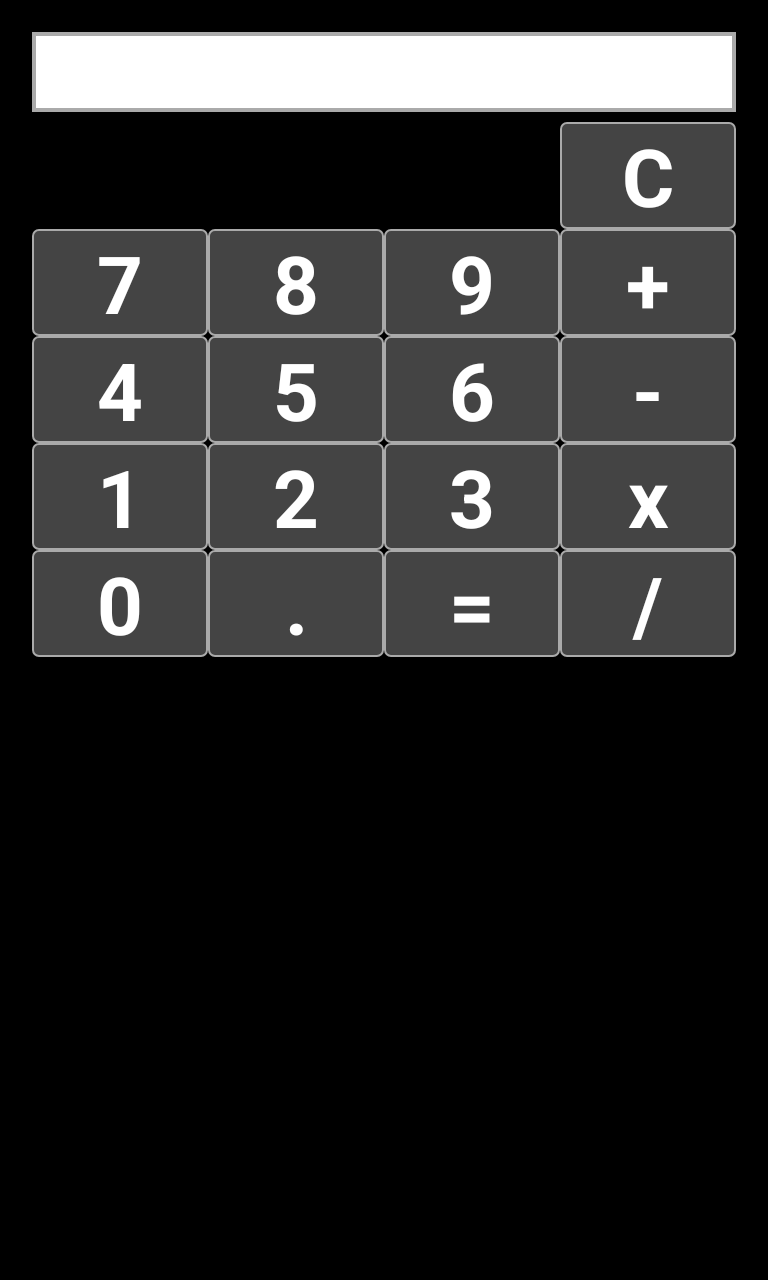
Repository: G3rcar/Android-I
Layout: SimpleCalculator/res/layout/activity_main.xml
An editor plug-in stored every save of this project. The layout is shown before and after the next save, followed by the edit.
It is drawn on a 768 x 1280 px phone screen (xhdpi) without system bars, with theme AppTheme; the app's code is not run.

Above is the layout before, as saved 2013-11-09 18:14:32.

### SimpleCalculator/res/layout/activity_main.xml
<ScrollView xmlns:android="http://schemas.android.com/apk/res/android"
    xmlns:tools="http://schemas.android.com/tools"
    android:id="@+id/ScrollView1"
    android:layout_width="match_parent"
    android:layout_height="match_parent"
    android:background="#000000"
    android:paddingBottom="@dimen/activity_vertical_margin"
    android:paddingLeft="@dimen/activity_horizontal_margin"
    android:paddingRight="@dimen/activity_horizontal_margin"
    android:paddingTop="@dimen/activity_vertical_margin" >

    <LinearLayout
        android:layout_width="match_parent"
        android:layout_height="wrap_content"
        android:orientation="vertical" >

        <TextView
            android:id="@+id/txvOperaciones"
            style="@style/operacionesTexto"
            android:layout_width="match_parent"
            android:layout_height="40dp" />

        <LinearLayout
            android:layout_width="match_parent"
            android:layout_height="wrap_content"
            android:paddingTop="5dp" >

            <TextView
                android:id="@+id/txvResultado"
                style="@style/resultadoNumero"
                android:layout_width="0dp"
                android:layout_weight="3"
                android:layout_height="match_parent" />

            <Button
                android:id="@+id/btnLimpiar"
                style="@style/botonNumero"
                android:layout_width="0dp"
                android:layout_height="wrap_content"
                android:layout_weight="1"
                android:text="@string/lblClear" />
        </LinearLayout>

        <LinearLayout
            android:layout_width="match_parent"
            android:layout_height="match_parent" >

            <Button
                android:id="@+id/btnSiete"
                style="@style/botonNumero"
                android:layout_width="0dp"
                android:layout_height="wrap_content"
                android:layout_weight="1"
                android:text="@string/lblNumSiete" />

            <Button
                android:id="@+id/btnOcho"
                style="@style/botonNumero"
                android:layout_width="0dp"
                android:layout_height="wrap_content"
                android:layout_weight="1"
                android:text="@string/lblNumOcho" />

            <Button
                android:id="@+id/btnNueve"
                style="@style/botonNumero"
                android:layout_width="0dp"
                android:layout_height="wrap_content"
                android:layout_weight="1"
                android:text="@string/lblNumNueve" />

            <Button
                android:id="@+id/btnMas"
                style="@style/botonNumero"
                android:layout_width="0dp"
                android:layout_height="wrap_content"
                android:layout_weight="1"
                android:text="@string/lblMas" />
        </LinearLayout>

        <LinearLayout
            android:layout_width="match_parent"
            android:layout_height="match_parent" >

            <Button
                android:id="@+id/btnCuatro"
                style="@style/botonNumero"
                android:layout_width="0dp"
                android:layout_height="wrap_content"
                android:layout_weight="1"
                android:text="@string/lblNumCuatro" />

            <Button
                android:id="@+id/btnCinco"
                style="@style/botonNumero"
                android:layout_width="0dp"
                android:layout_height="wrap_content"
                android:layout_weight="1"
                android:text="@string/lblNumCinco" />

            <Button
                android:id="@+id/btnSeis"
                style="@style/botonNumero"
                android:layout_width="0dp"
                android:layout_height="wrap_content"
                android:layout_weight="1"
                android:text="@string/lblNumSeis" />

            <Button
                android:id="@+id/btnMenos"
                style="@style/botonNumero"
                android:layout_width="0dp"
                android:layout_height="wrap_content"
                android:layout_weight="1"
                android:text="@string/lblMenos" />
        </LinearLayout>

        <LinearLayout
            android:layout_width="match_parent"
            android:layout_height="match_parent" >

            <Button
                android:id="@+id/btnUno"
                style="@style/botonNumero"
                android:layout_width="0dp"
                android:layout_height="wrap_content"
                android:layout_weight="1"
                android:text="@string/lblNumUno" />

            <Button
                android:id="@+id/btnDos"
                style="@style/botonNumero"
                android:layout_width="0dp"
                android:layout_height="wrap_content"
                android:layout_weight="1"
                android:text="@string/lblNumDos" />

            <Button
                android:id="@+id/btnTres"
                style="@style/botonNumero"
                android:layout_width="0dp"
                android:layout_height="wrap_content"
                android:layout_weight="1"
                android:text="@string/lblNumTres" />

            <Button
                android:id="@+id/btnMultiplicacion"
                style="@style/botonNumero"
                android:layout_width="0dp"
                android:layout_height="wrap_content"
                android:layout_weight="1"
                android:text="@string/lblMultiplicacion" />
        </LinearLayout>

        <LinearLayout
            android:layout_width="match_parent"
            android:layout_height="match_parent" >

            <Button
                android:id="@+id/btnCero"
                style="@style/botonNumero"
                android:layout_width="0dp"
                android:layout_height="wrap_content"
                android:layout_weight="1"
                android:text="@string/lblNumCero" />

            <Button
                android:id="@+id/btnPunto"
                style="@style/botonNumero"
                android:layout_width="0dp"
                android:layout_height="wrap_content"
                android:layout_weight="1"
                android:text="@string/lblPunto" />

            <Button
                android:id="@+id/btnIgual"
                style="@style/botonNumero"
                android:layout_width="0dp"
                android:layout_height="wrap_content"
                android:layout_weight="1"
                android:text="@string/lblIgual" />

            <Button
                android:id="@+id/btnDivision"
                style="@style/botonNumero"
                android:layout_width="0dp"
                android:layout_height="wrap_content"
                android:layout_weight="1"
                android:text="@string/lblDivision" />
        </LinearLayout>
    </LinearLayout>

</ScrollView>

### SimpleCalculator/res/values/styles.xml
<resources xmlns:android="http://schemas.android.com/apk/res/android">

    <!--
        Base application theme, dependent on API level. This theme is replaced
        by AppBaseTheme from res/values-vXX/styles.xml on newer devices.
    -->
    <style name="AppBaseTheme" parent="android:Theme.Light">
        <!--
            Theme customizations available in newer API levels can go in
            res/values-vXX/styles.xml, while customizations related to
            backward-compatibility can go here.
        -->
    </style>

    <!-- Application theme. -->
    <style name="AppTheme" parent="AppBaseTheme">
        <!-- All customizations that are NOT specific to a particular API-level can go here. -->
    </style>
    <style name="botonNumero">
        <item name="android:textSize">40sp</item>
        <item name="android:textStyle">bold</item>
        <item name="android:background">@drawable/button_number</item>
        <item name="android:textColor">#FFFFFF</item>
    </style>

    <style name="resultadoNumero">
        <item name="android:textSize">35sp</item>
        <item name="android:gravity">right|center</item>
        <item name="android:paddingRight">5dp</item>
        <item name="android:textColor">#FFFFFF</item>
    </style>
    <style name="operacionesTexto">
        <item name="android:textSize">15sp</item>
        <item name="android:gravity">left|center</item>
        <item name="android:paddingLeft">5dp</item>
        <item name="android:background">@drawable/border</item>

    </style>



</resources>

### SimpleCalculator/res/values/strings.xml
<?xml version="1.0" encoding="utf-8"?>
<resources>

    <string name="app_name">Simple Calculator</string>
    <string name="action_settings">Settings</string>
    <string name="hello_world">Hello world!</string>
    <string name="lblNumSiete">7</string>
    <string name="lblNumOcho">8</string>
    <string name="lblNumNueve">9</string>
    <string name="lblMas">+</string>
    <string name="lblNumCuatro">4</string>
    <string name="lblNumCinco">5</string>
    <string name="lblNumSeis">6</string>
    <string name="lblMenos">-</string>
    <string name="lblNumUno">1</string>
    <string name="lblNumDos">2</string>
    <string name="lblNumTres">3</string>
    <string name="lblMultiplicacion">x</string>
    <string name="lblNumCero">0</string>
    <string name="lblPunto">.</string>
    <string name="lblIgual">=</string>
    <string name="lblDivision">/</string>
    <string name="lblClear">C</string>

</resources>

### SimpleCalculator/res/drawable/button_number.xml
<?xml version="1.0" encoding="utf-8"?>
<selector xmlns:android="http://schemas.android.com/apk/res/android">
    <item
        android:state_pressed="true"
        android:state_enabled="true"
        android:drawable="@drawable/button_pressed" />
    <item
        android:state_focused="true"
        android:state_enabled="true"
        android:drawable="@drawable/button_normal" />
    <item
        android:state_focused="false"
        android:state_enabled="false"
        android:drawable="@drawable/button_normal" />
    <item android:drawable="@drawable/button_normal"/>
</selector>

### SimpleCalculator/res/drawable/button_pressed.xml
<?xml version="1.0" encoding="utf-8"?>
<shape xmlns:android="http://schemas.android.com/apk/res/android" >
    <solid
        android:color="#888888">
    </solid>
	<stroke android:width="1dp" android:color="#AAAAAA"/>
    <corners
        android:bottomLeftRadius="3dp"
        android:bottomRightRadius="3dp"
        android:topLeftRadius="3dp"
        android:topRightRadius="3dp" />

</shape>

### SimpleCalculator/res/drawable/button_normal.xml
<?xml version="1.0" encoding="utf-8"?>
<shape xmlns:android="http://schemas.android.com/apk/res/android" >
    <solid
        android:color="#444444">
    </solid>
	<stroke android:width="1dp" android:color="#AAAAAA"/>
    <corners
        android:bottomLeftRadius="3dp"
        android:bottomRightRadius="3dp"
        android:topLeftRadius="3dp"
        android:topRightRadius="3dp" />

</shape>

### SimpleCalculator/res/drawable/border.xml
<?xml version="1.0" encoding="utf-8"?>
<shape xmlns:android="http://schemas.android.com/apk/res/android" >
	<solid android:color="#ffffff" />
	<stroke android:width="2dp" android:color="#AAAAAA"/>
</shape>

Loaded but not shown: SimpleCalculator/res/values-v11/styles.xml (common file); SimpleCalculator/res/values-v14/styles.xml (common file); SimpleCalculator/res/values/dimens.xml (common file)

After the next save:
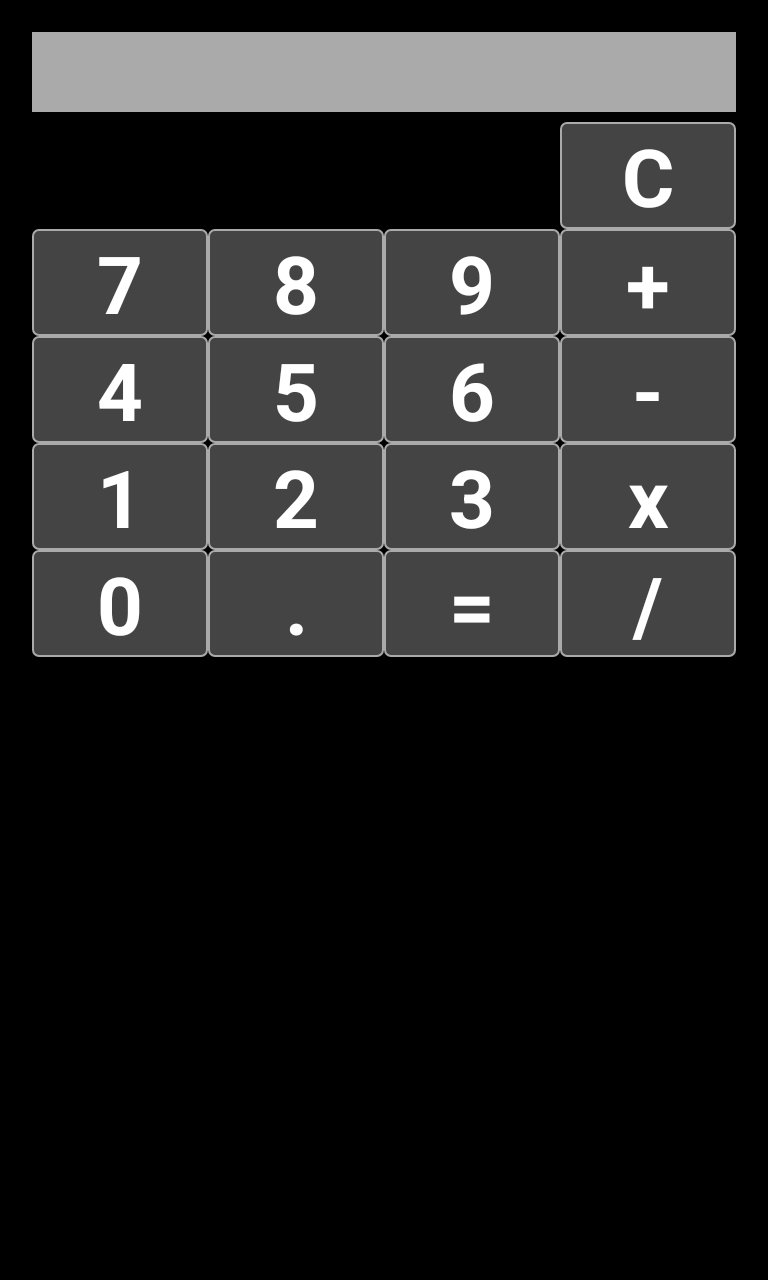
Saved 23 s later.
--- a/SimpleCalculator/res/drawable/border.xml
+++ b/SimpleCalculator/res/drawable/border.xml
@@ -1,5 +1,5 @@
 <?xml version="1.0" encoding="utf-8"?>
 <shape xmlns:android="http://schemas.android.com/apk/res/android" >
-	<solid android:color="#ffffff" />
+	<solid android:color="#AAAAAA" />
 	<stroke android:width="2dp" android:color="#AAAAAA"/>
 </shape>
